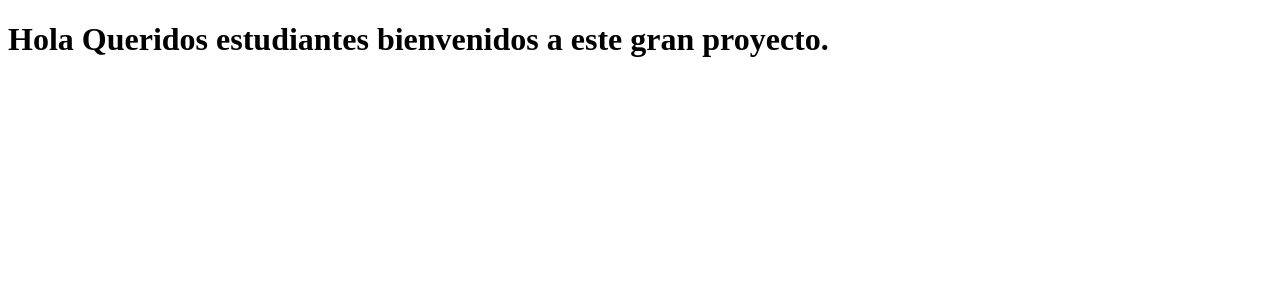
Repository: AngelVG21/MyWeb.html
Page: web.html
The author's editor kept a copy of each file at every save. The page is drawn from the files as they stood at one save, then again after the next save.
The browser window is 1280 px wide. The pictures show the whole page.

Above is the page before, as saved 2023-10-01 22:48:01.

### web.html
<!DOCTYPE html>
<html>
    <head>
        <title> MyWeb </title>
    </head>
    <body>
        <div>
            <h1>
                Hola Queridos estudiantes bienvenidos a este gran proyecto.
            </h1>
        </div>
    </body>
</html>

After the next save:
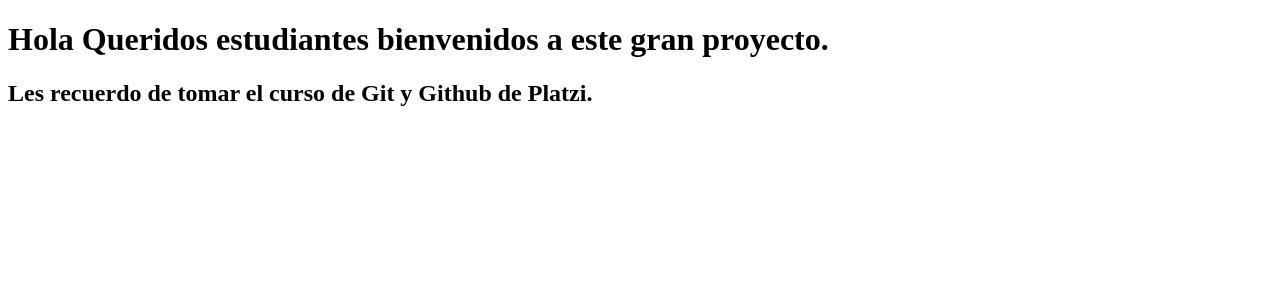
Saved 3 days later.
--- a/web.html
+++ b/web.html
@@ -8,6 +8,9 @@
             <h1>
                 Hola Queridos estudiantes bienvenidos a este gran proyecto.
             </h1>
+            <h2>
+                Les recuerdo de tomar el curso de Git y Github de Platzi.
+            </h2>
         </div>
     </body>
 </html>
